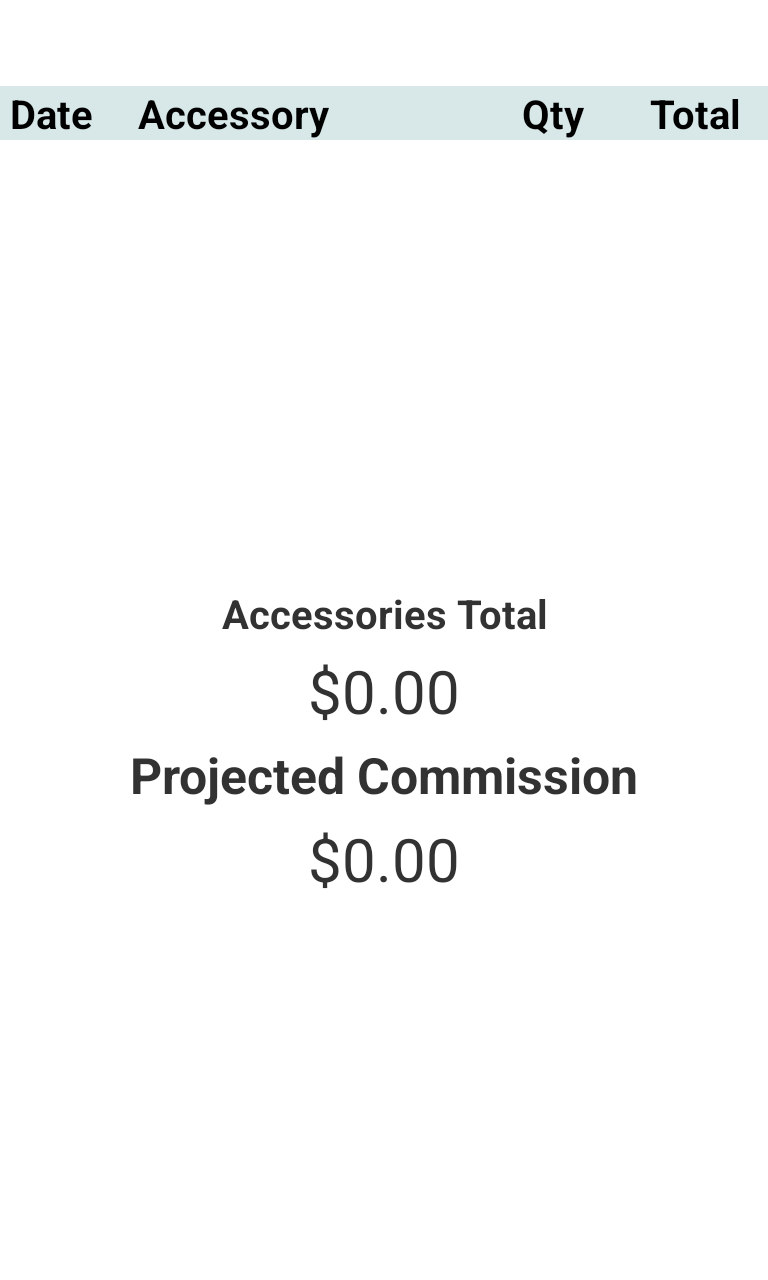
Repository: jemcphe/XCell
Layout: XCell/res/layout/data_accessory.xml
The author's editor kept a copy of each file at every save. The layout is drawn from the files as they stood at one save, then again after the next save.
It is drawn on a 768 x 1280 px phone screen (xhdpi) without system bars, with theme Theme.Xcell; the app's code is not run. Lists and similar views that code fills are empty.

Above is the layout before, as saved 2013-08-29 05:02:57.

After the next save:
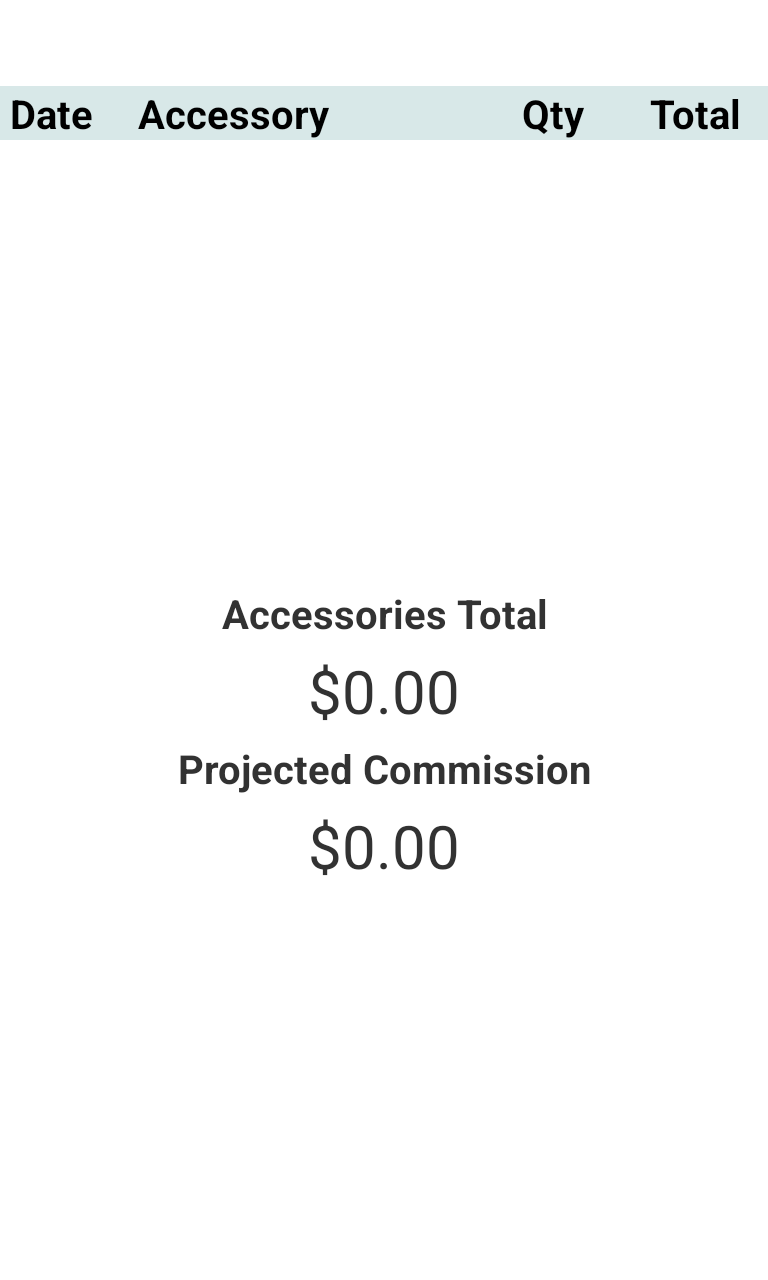
Saved 27 s later.
--- a/XCell/res/layout/data_accessory.xml
+++ b/XCell/res/layout/data_accessory.xml
@@ -108,7 +108,7 @@
             android:layout_marginTop="5dp"
             android:gravity="center"
             android:text="Projected Commission"
-            android:textSize="25sp"
+            android:textSize="20sp"
             android:textStyle="bold" />
 
         <TextView
